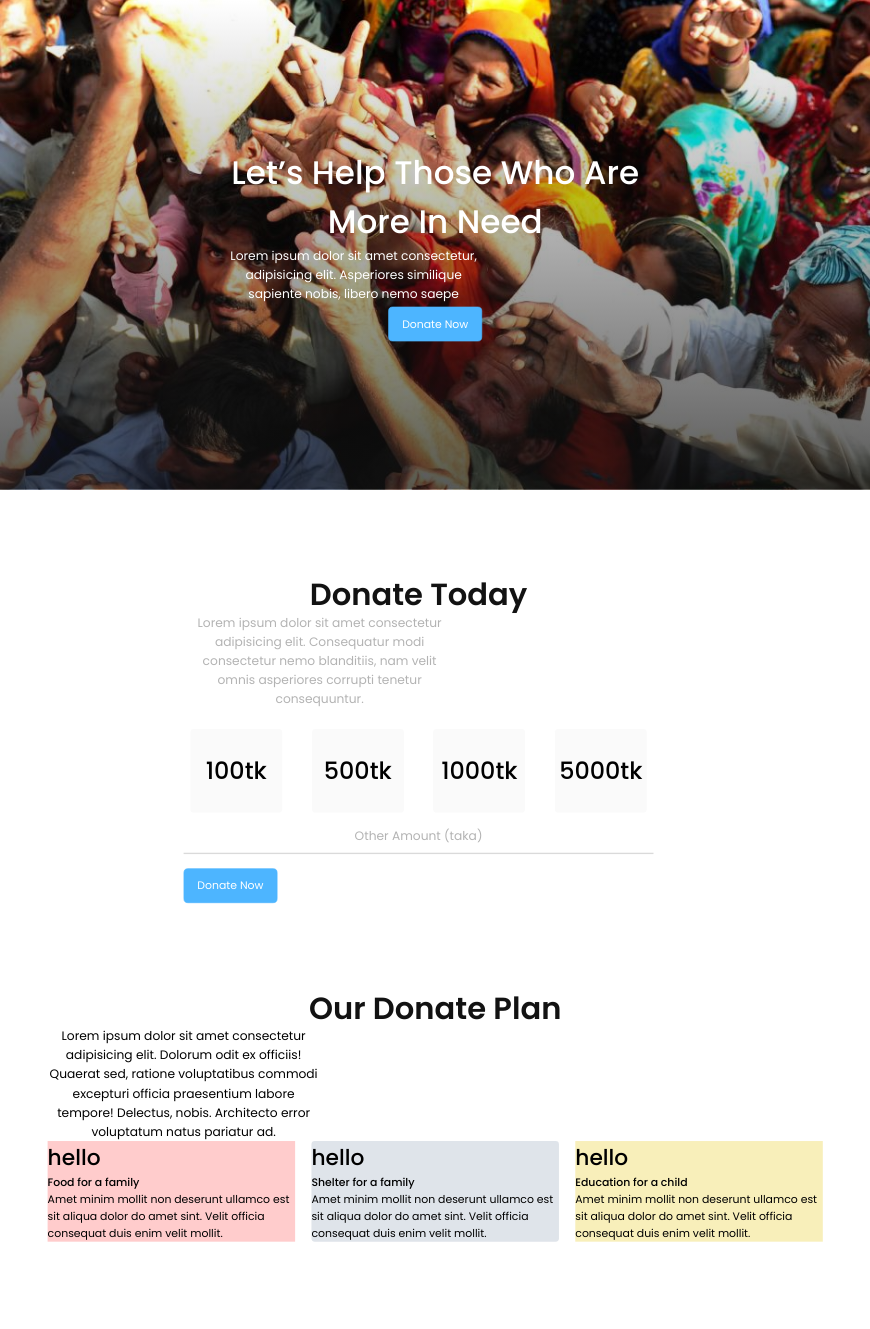
Repository: mdrubel02/donate-website
Page: index.html
The author's editor kept a copy of each file at every save. The page is drawn from the files as they stood at one save, then again after the next save.
The browser window is 1280 px wide. The pictures show the whole page, at 68% of full size.

Above is the page before, as saved 2022-07-06 14:50:21.

### index.html
<!DOCTYPE html>
<html lang="en">

<head>
    <meta charset="UTF-8">
    <meta http-equiv="X-UA-Compatible" content="IE=edge">
    <meta name="viewport" content="width=device-width, initial-scale=1.0">
    <title>Our Donate Website</title>
    <link rel="stylesheet" href="./index.css">
</head>

<body>
    <!-- banner section -->
    <section class="banner-section">
        <div class="banner-content">
            <h1>Let’s Help Those Who Are More In Need</h1>
            <p class="small-title">Lorem ipsum dolor sit amet consectetur, adipisicing elit. Asperiores similique
                sapiente nobis, libero nemo saepe</p>
            <a href="" class="btn btn-primary">Donate Now</a>
        </div>
    </section>

    <!-------- Donate Today------->
    <section class="container">
        <div class="donate-section">
            <h2 class="section-title">Donate Today</h2>

                <p class="small-title">Lorem ipsum dolor sit amet consectetur adipisicing elit. Consequatur modi
                    consectetur nemo blanditiis, nam velit omnis asperiores corrupti tenetur consequuntur.</p>

            <div class="donate-today">
                <div class="donate-content">
                    <h3>100<span>tk</span> </h3>
                </div>
                <div class="donate-content">
                    <h3>500<span>tk</span> </h3>
                </div>
                <div class="donate-content">
                    <h3>1000<span>tk</span> </h3>
                </div>
                <div class="donate-content">
                    <h3>5000<span>tk</span> </h3>
                </div>
            </div>
            <p>Other Amount <span>(taka)</span></p>
            <hr>
            <a href="" class="btn btn-primary">Donate Now</a>
        </div>
    </section>

    <!---------- donate plan section-------- -->
    <div class="container">
        <h3 class="section-title">Our Donate Plan</h3>
        <p class="small-title">Lorem ipsum dolor sit amet consectetur adipisicing elit. Dolorum odit ex officiis! Quaerat sed, ratione voluptatibus commodi excepturi officia praesentium labore tempore! Delectus, nobis. Architecto error voluptatum natus pariatur ad.</p>
        <div class="donate-plan-section">
            <div id="food" class="donate-plan-content">
                <h1>hello</h1>
                <h4>Food for a family</h4>
                <p>Amet minim mollit non deserunt ullamco est sit aliqua dolor do amet sint. Velit officia consequat duis enim velit mollit.</p>
            </div>
            <div id="Shelter" class="donate-plan-content">
                <h1>hello</h1>
                <h4>Shelter for a family</h4>
                <p>Amet minim mollit non deserunt ullamco est sit aliqua dolor do amet sint. Velit officia consequat duis enim velit mollit.</p>
            </div>
            <div id="education" class="donate-plan-content">
                <h1>hello</h1>
                <h4>Education for a child</h4>
                <p>Amet minim mollit non deserunt ullamco est sit aliqua dolor do amet sint. Velit officia consequat duis enim velit mollit.</p>
            </div>
        </div>
    </div>
</body>

</html>

### index.css
/* =====GOOGLE FONTS====== */
@import url('https://fonts.googleapis.com/css2?family=Poppins:wght@300;400;500;600&display=swap');

/* =====COMMON STYLES====== */
* {
    margin: 0;
    padding: 0;
    border: 0;
    outline: 0;
    list-style: none;
    text-decoration: none;
}

body {
    font-family: 'Poppins', sans-serif;
}

h1,
h2,
h3,
h4,
h5,
h6 {
    font-weight: 500;
}

img {
    display: block;
    width: 100%;
    object-fit: cover;
}

.container {
    max-width: 1200px;
    margin: 0 auto;
    padding: 0 30px;
    margin-top: 10%;
    margin-bottom: 10%;
    box-sizing: border-box;
}

a {
    color: #fff;
    transition: all 400ms ease;
}

a:hover {
    color: #fff;
}

.btn {
    text-align: center;
    width: max-content;
    display: inline-block;
    color: #fff;
    padding: 0.75rem 1.2rem;
    border-radius: 0.4rem;
    border: 1px solid #4db5ff;
    cursor: pointer;
    transition: all 400ms ease;
}

.btn:hover {
    background: #fff;
    color: #4db5ff;
    border: 1px solid #4db5ff;
}

.btn-primary {
    background: #4db5ff;
    color: #fff;
}

.section-title {
    color: #121212;
    font-weight: 700;
    font-size: 45px;
    line-height: 54px;
    text-align: center;
}

.small-title {
    font-family: 'Poppins';
    font-style: normal;
    font-weight: 400;
    width: 400px;
    font-size: 18px;
    line-height: 28px;
    text-align: center;
    display: block;
}

hr {
    border: 1px solid #DADADA;
    margin-bottom: 1.3rem;
}


/* ========BANNER SECTION STYLE======== */

.banner-section {
    background-image: url(./images/donation0.jpg);
    background-repeat: no-repeat;
    background-size: cover;
    background-position: center center;
    height: 100vh;
    width: 100%;
    position: relative;
    z-index: 1;
    display: flex;
    flex-direction: column;
    justify-content: center;
    align-items: center;
    text-align: center;
}

.banner-section:after {
    content: "";
    position: absolute;
    top: 0;
    left: 0;
    width: 100%;
    height: 100%;
    background: linear-gradient(360deg, #121212 0%, rgba(18, 18, 18, 0) 100%);
    opacity: .7;
    z-index: -5;
}

.banner-content {
    width: 50%;
}

.banner-content h1 {
    font-size: 3rem;
    color: #fff;
}

.banner-content p {
    margin-bottom: 5px;
    color: #fff;
}

/*=========== Donate section style========= */
.donate-today {
    display: flex;
    gap: 1.5rem;
    justify-content: space-around;

}

.donate-content {
    width: 135px;
    height: 123px;
    background: #FAFAFA;
    border-radius: 5px;
    font-size: 30px;
    font-weight: 700;
    line-height: 36px;
    display: flex;
    justify-content: center;
    align-items: center;
    margin: 1.2rem 0;
    transition: all 400ms ease;
}

.donate-content:hover {
    border: 2px solid #FF5959;
    border-radius: 5px;
    color: #FF5959;
}

.donate-section {
    width: 691px;
    margin-left: 200px;
}

.donate-section a {
    text-align: center;
}

.donate-section p {
    font-weight: 400;
    font-size: 18px;
    line-height: 28px;
    color: #B3B3B3;
    text-align: center;
    margin-bottom: .7rem;
}

/*========donate plan section======= */
.donate-plan-section {
    display: flex;
    justify-content: space-between;
    gap: 1.5rem;
}

#Shelter {
    background:#dfe4ea;
    border-radius: 5px;
}
#food{
    background-color:#ffcccc;
}
#education{
    background-color: #F8EFBA;
}
.donate-plan-content{
    display: flex;
    flex-direction: column;
}

After the next save:
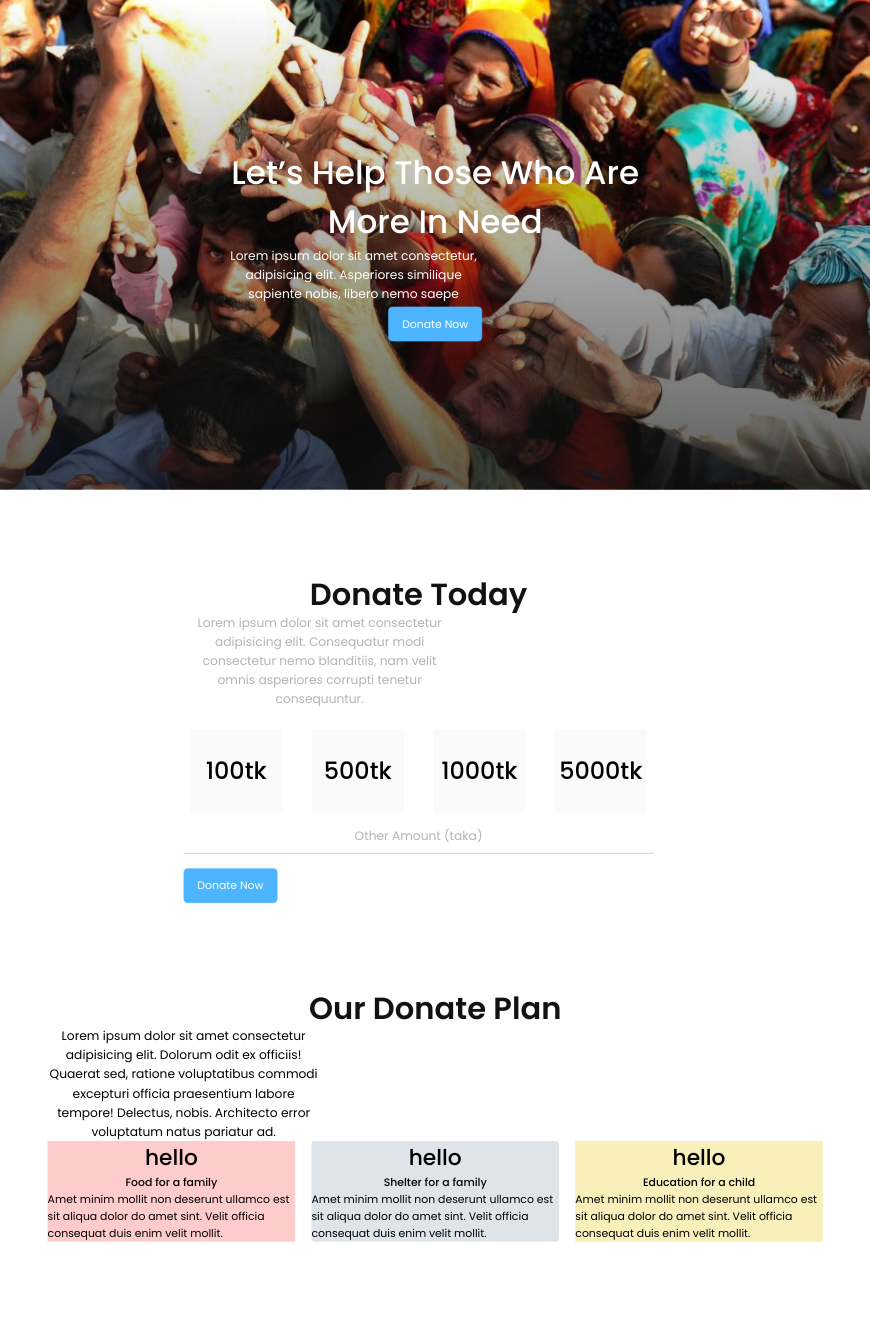
Saved 2 min 37 s later.
--- a/index.css
+++ b/index.css
@@ -207,4 +207,6 @@
 .donate-plan-content{
     display: flex;
     flex-direction: column;
-}
+    align-items: center;
+    justify-content:center ;
+}

After the 2 saves that followed:
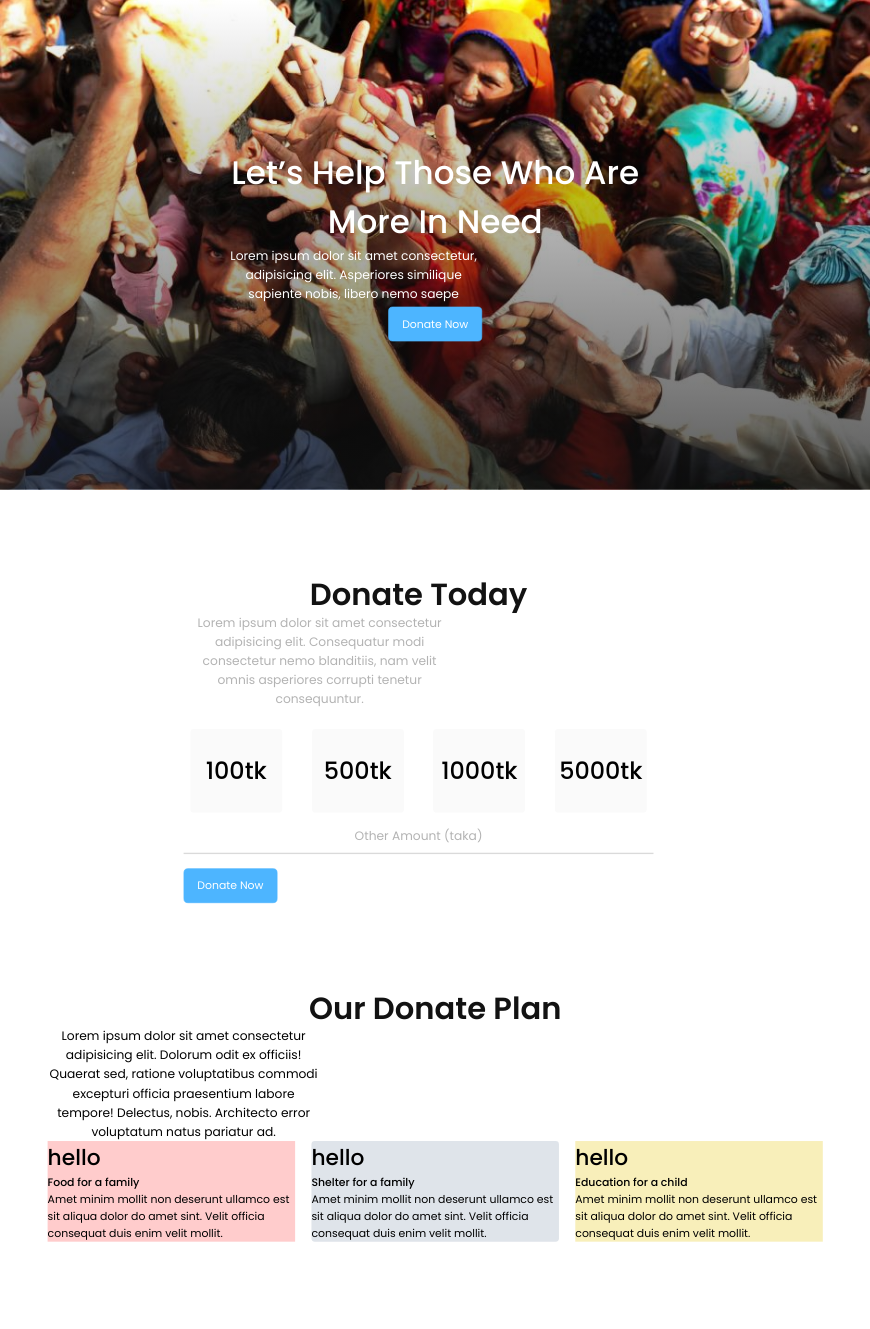
The 2 saves are shown as one change because 1 left the picture as it was.
The last was saved 109 s later.
--- a/index.css
+++ b/index.css
@@ -207,6 +207,4 @@
 .donate-plan-content{
     display: flex;
     flex-direction: column;
-    align-items: center;
-    justify-content:center ;
-}
+}
